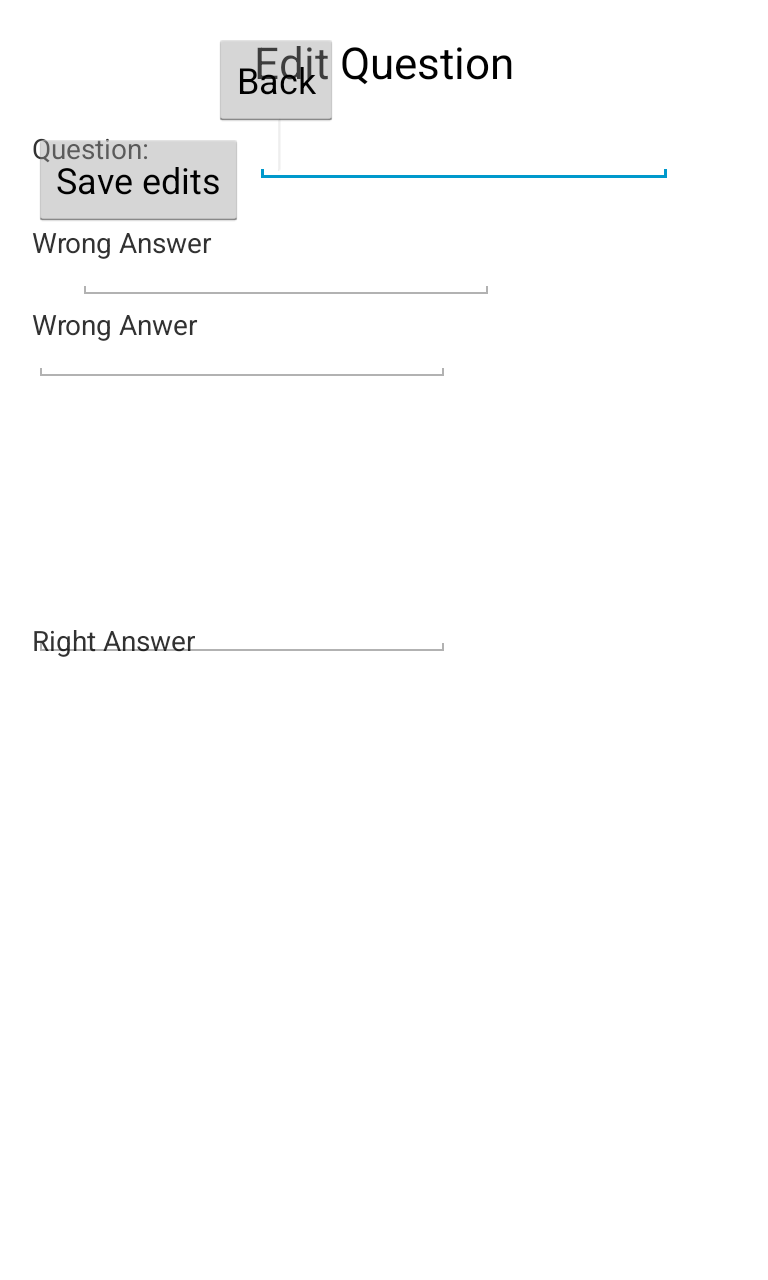
Repository: Sharkeysps/AndroidProjects
Layout: AndroidQuiz/Quiz/res/layout/activity_edit_question.xml
These files come from the project's save history. The layout is drawn as it stood at one moment and after the next save; the edit follows.
It is drawn on a 768 x 1280 px phone screen (xhdpi) without system bars, with theme AppTheme; the app's code is not run.

Above is the layout before, as saved 2014-01-31 22:44:45.

After the next save:
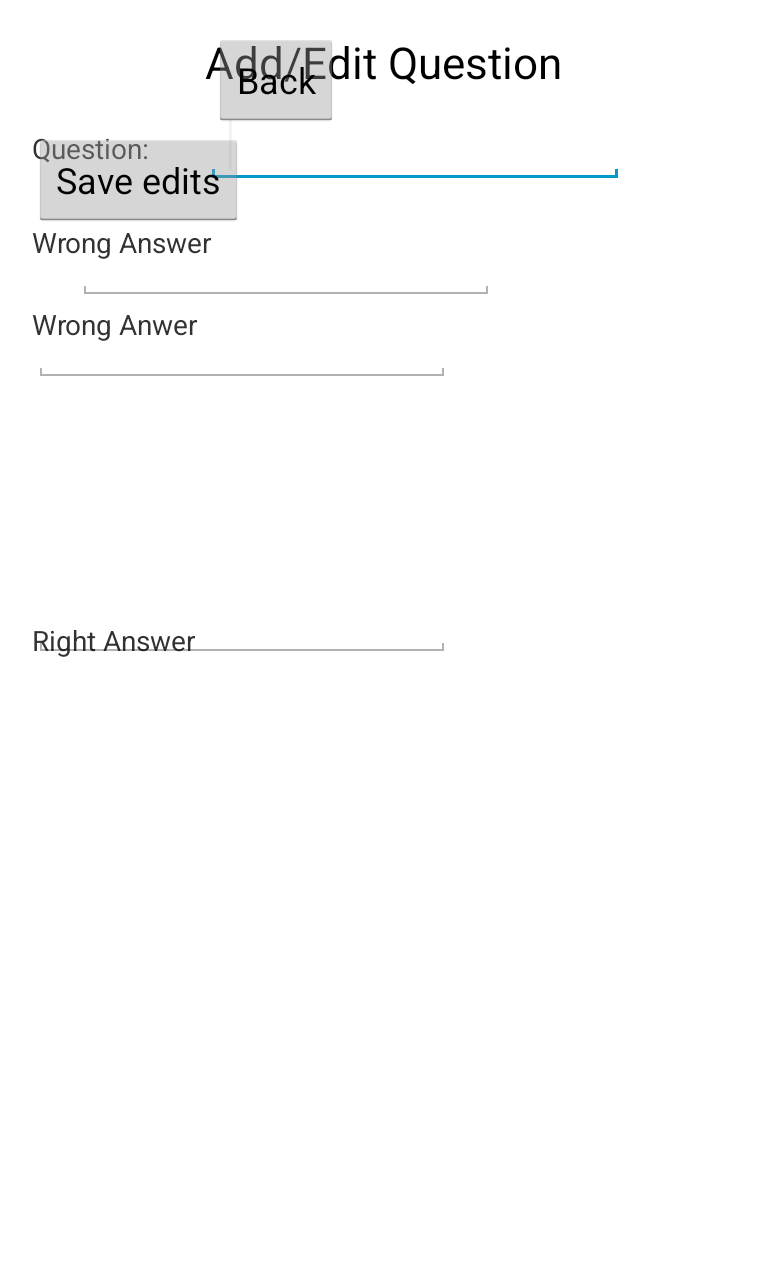
Saved 74 s later.
--- a/AndroidQuiz/Quiz/res/layout/activity_edit_question.xml
+++ b/AndroidQuiz/Quiz/res/layout/activity_edit_question.xml
@@ -13,7 +13,7 @@
         android:layout_width="wrap_content"
         android:layout_height="wrap_content"
         android:layout_centerHorizontal="true"
-        android:text="Edit Question"
+        android:text="Add/Edit Question"
         android:textAppearance="?android:attr/textAppearanceLarge" />
 
     <TextView
